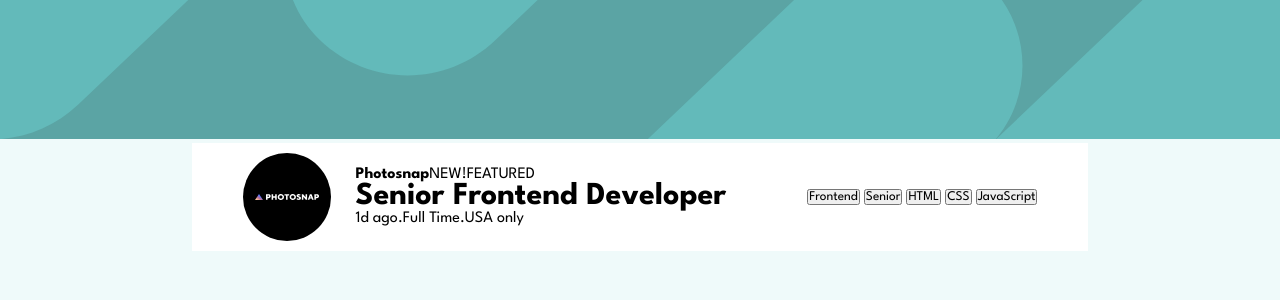
Repository: Eldream12/JobListing
Page: index.html
An editor plug-in stored every save of this project. The page is shown before and after a run of saves, followed by the edit.
The browser window is 1280 px wide. The pictures show the whole page.

Above is the page before, as saved 2025-03-31 11:15:49.

After the next 4 saves:
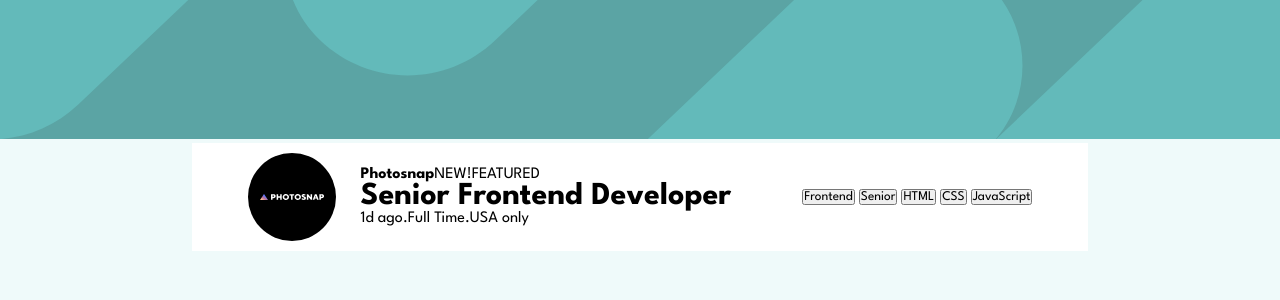
The 4 saves are shown as one change because they came seconds apart.
The last was saved 14 s later.
--- a/style/style.css
+++ b/style/style.css
@@ -23,7 +23,7 @@ header img {
 	justify-content: space-around;
 	max-width: 70%;
 	margin: auto;
-  padding: 10px ;
+  padding: 10px 20px 10px 20px;
 }
 
 .content-carrier .content .txt-1 {
